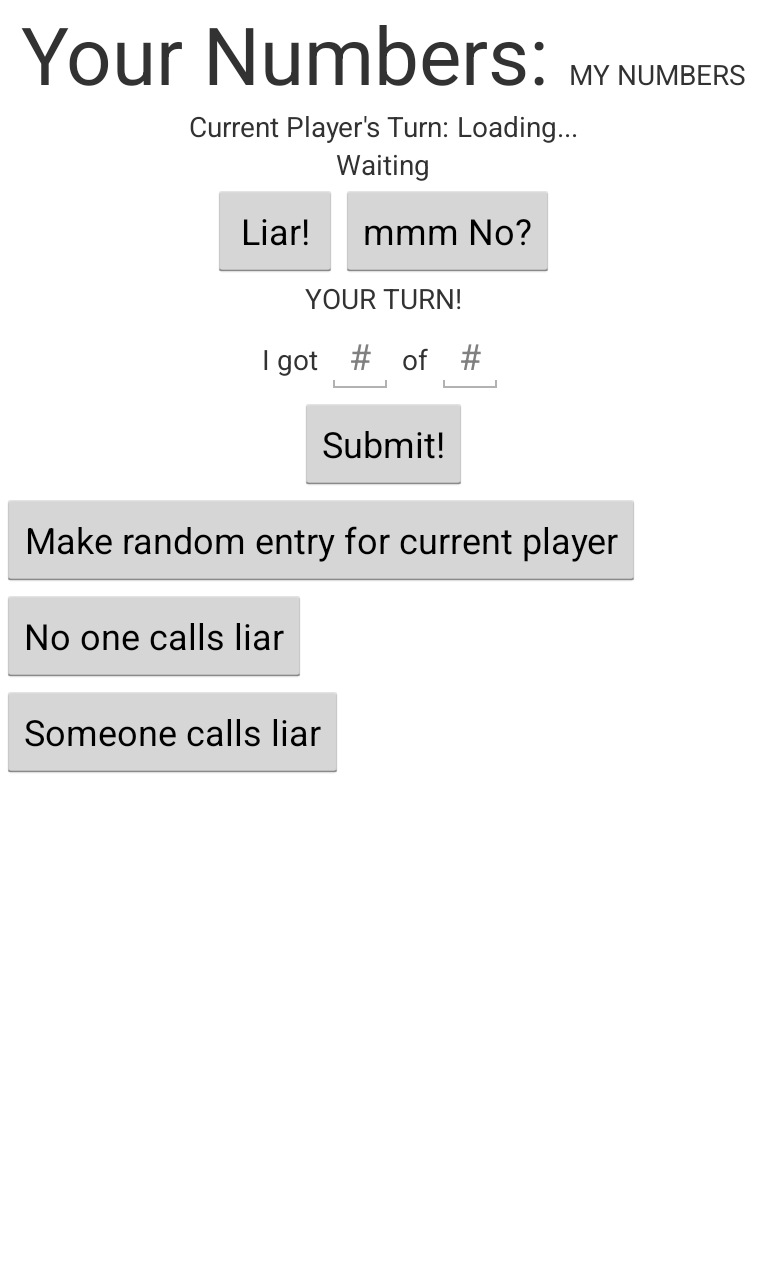
Repository: RayyLim/LiarPoker
Layout: LiarPoker/res/layout/gameroom_main.xml
These files come from the project's save history. The layout is drawn as it stood at one moment and after the next save; the edit follows.
It is drawn on a 768 x 1280 px phone screen (xhdpi) without system bars, with theme AppTheme; the app's code is not run.

Above is the layout before, as saved 2012-07-22 18:01:05.

### LiarPoker/res/layout/gameroom_main.xml
<?xml version="1.0" encoding="utf-8"?>
<LinearLayout xmlns:android="http://schemas.android.com/apk/res/android"
    android:layout_width="match_parent"
    android:layout_height="match_parent"
    android:orientation="vertical" >

    <LinearLayout
        android:layout_width="wrap_content"
        android:layout_height="wrap_content"
        android:layout_gravity="center_horizontal" >


        <TextView
            android:id="@+id/meLabel"
            android:layout_width="wrap_content"
            android:layout_height="wrap_content"
            android:text="Your Numbers: "
            android:textSize="40dp" />

        <TextView
            android:id="@+id/mynumbersLabel"
            android:layout_width="wrap_content"
            android:layout_height="wrap_content"
            android:text="MY NUMBERS" />
    </LinearLayout>

    <LinearLayout
        android:id="@+id/notMyTurnLayout"
        android:layout_width="wrap_content"
        android:layout_height="wrap_content"
        android:layout_gravity="center_horizontal"
        android:orientation="vertical" >

        <LinearLayout
            android:layout_width="wrap_content"
            android:layout_height="wrap_content"
            android:layout_gravity="center_horizontal" >

            <TextView
                android:layout_width="wrap_content"
                android:layout_height="wrap_content"
                android:text="Current Player&apos;s Turn: " />

            <TextView
                android:id="@+id/currentPlayerLabel"
                android:layout_width="wrap_content"
                android:layout_height="wrap_content"
                android:text="Loading..." />
        </LinearLayout>

        <TextView
            android:id="@+id/currentPlayerHasLabel"
            android:layout_width="wrap_content"
            android:layout_height="wrap_content"
            android:layout_gravity="center_horizontal"
            android:text="Waiting" />

        <LinearLayout
            android:layout_width="wrap_content"
            android:layout_height="wrap_content"
            android:layout_gravity="center_horizontal" >

            <Button
                android:id="@+id/liarButton"
                android:layout_width="wrap_content"
                android:layout_height="wrap_content"
                android:onClick="LiarButtonPressed"
                android:text="Liar!" />

            <Button
                android:id="@+id/notLiarButton"
                android:layout_width="wrap_content"
                android:layout_height="wrap_content"
                android:onClick="NotLiarButtonPressed"
                android:text="mmm No?" />
        </LinearLayout>
    </LinearLayout>

    <LinearLayout
        android:id="@+id/myTurnLayout"
        android:layout_width="wrap_content"
        android:layout_height="wrap_content"
        android:layout_gravity="center_horizontal"
        android:orientation="vertical" >

        <TextView
            android:layout_width="wrap_content"
            android:layout_height="wrap_content"
            android:layout_gravity="center_horizontal"
            android:text="YOUR TURN!" />

        <LinearLayout
            android:layout_width="wrap_content"
            android:layout_height="wrap_content"
            android:layout_gravity="center_horizontal"
            android:orientation="horizontal" >

            <TextView
                android:layout_width="wrap_content"
                android:layout_height="wrap_content"
                android:text="I got " />

            <EditText
                android:id="@+id/igotamount"
                android:layout_width="wrap_content"
                android:layout_height="wrap_content"
                android:layout_weight="1"
                android:hint="#"
                android:inputType="numberDecimal"
                android:maxLength="1" />

            <TextView
                android:layout_width="wrap_content"
                android:layout_height="wrap_content"
                android:text=" of " />

            <EditText
                android:id="@+id/igotnumber"
                android:layout_width="wrap_content"
                android:layout_height="wrap_content"
                android:layout_weight="1"
                android:hint="#"
                android:inputType="numberDecimal"
                android:maxLength="1" />
        </LinearLayout>

        <Button
            android:id="@+id/submitButton"
            android:layout_width="wrap_content"
            android:layout_height="wrap_content"
            android:layout_gravity="center_horizontal"
            android:onClick="submit"
            android:text="Submit!" />
    </LinearLayout>

    <Button
        android:id="@+id/testRandomEntryForPlayer"
        android:layout_width="wrap_content"
        android:layout_height="wrap_content"
        android:onClick="fakeRandomCurrentPlayerHas"
        android:text="Make random entry for current player" />

    <Button
        android:id="@+id/fakeNoOneCallsLiar"
        android:layout_width="wrap_content"
        android:layout_height="wrap_content"
        android:onClick="fakeNoOneCallsLiar"
        android:text="No one calls liar" />

    <Button
        android:id="@+id/fakeSomeoneCallsLiar"
        android:layout_width="wrap_content"
        android:layout_height="wrap_content"
        android:onClick="fakeSomeoneCallsLiar"
        android:text="Someone calls liar" />

</LinearLayout>

Loaded but not shown: LiarPoker/res/values-v11/styles.xml (common file); LiarPoker/res/values-v14/styles.xml (common file); LiarPoker/res/values/styles.xml (common file)

After the next save:
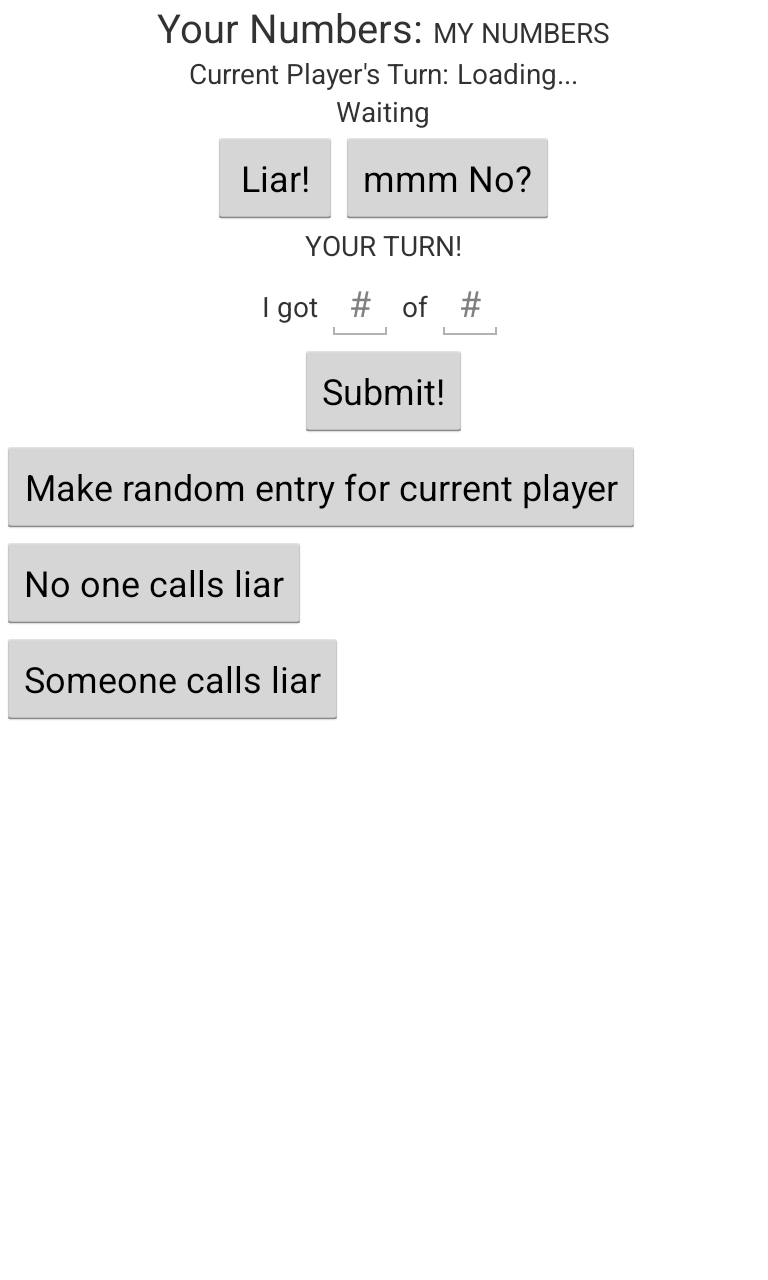
Saved 20 s later.
--- a/LiarPoker/res/layout/gameroom_main.xml
+++ b/LiarPoker/res/layout/gameroom_main.xml
@@ -10,12 +10,13 @@
         android:layout_gravity="center_horizontal" >
 
 
+
         <TextView
             android:id="@+id/meLabel"
             android:layout_width="wrap_content"
             android:layout_height="wrap_content"
             android:text="Your Numbers: "
-            android:textSize="40dp" />
+            android:textSize="20dp" />
 
         <TextView
             android:id="@+id/mynumbersLabel"
